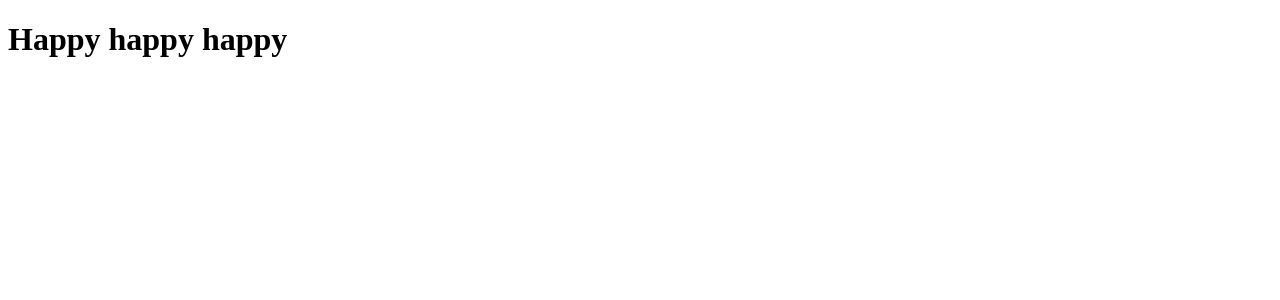
Repository: iosagie/git-test
Page: index.html
These files come from the project's save history. The page is drawn as it stood at one moment and after a run of saves; the edit follows.
The browser window is 1280 px wide. The pictures show the whole page.

Above is the page before, as saved 2023-07-17 23:19:49.

### index.html
<!DOCTYPE html>
<html lang="en">
    <head>
        <meta charset="UTF-8">
        <meta name="viewport" content="width=device-width, initial-scale=1.0">
        <title>Document</title>
    </head>
    <body>
        <h1>Happy happy happy</h1>
    </body>
</html>

After the next 7 saves:
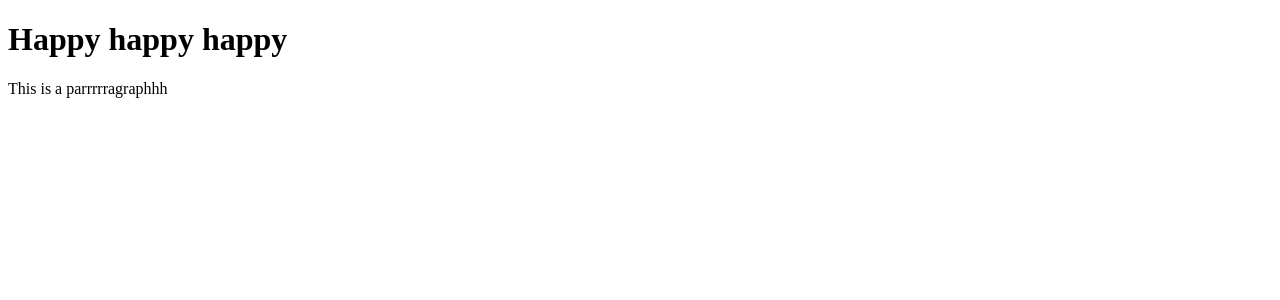
The 7 saves are shown as one change because they came seconds apart.
The last was saved 12 min 6 s later.
--- a/index.html
+++ b/index.html
@@ -7,5 +7,6 @@
     </head>
     <body>
         <h1>Happy happy happy</h1>
+        <p>This is a parrrrragraphhh</p>
     </body>
 </html>
